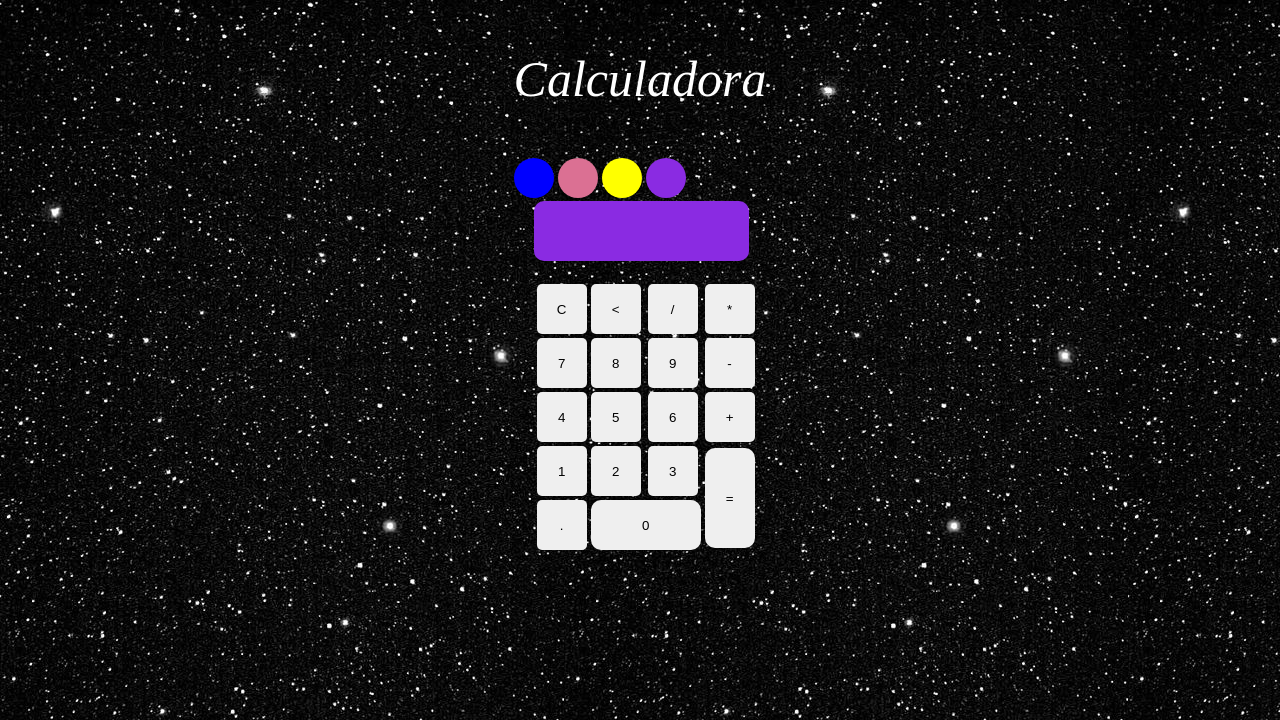
Repository: mariele-huff/calculadora
Page: index.html
These files come from the project's save history. The page is drawn as it stood at one moment and after the next save; the edit follows.
The browser window is 1280 px wide. The pictures show the whole page.

Above is the page before, as saved 2022-08-14 20:33:20.

After the next save:
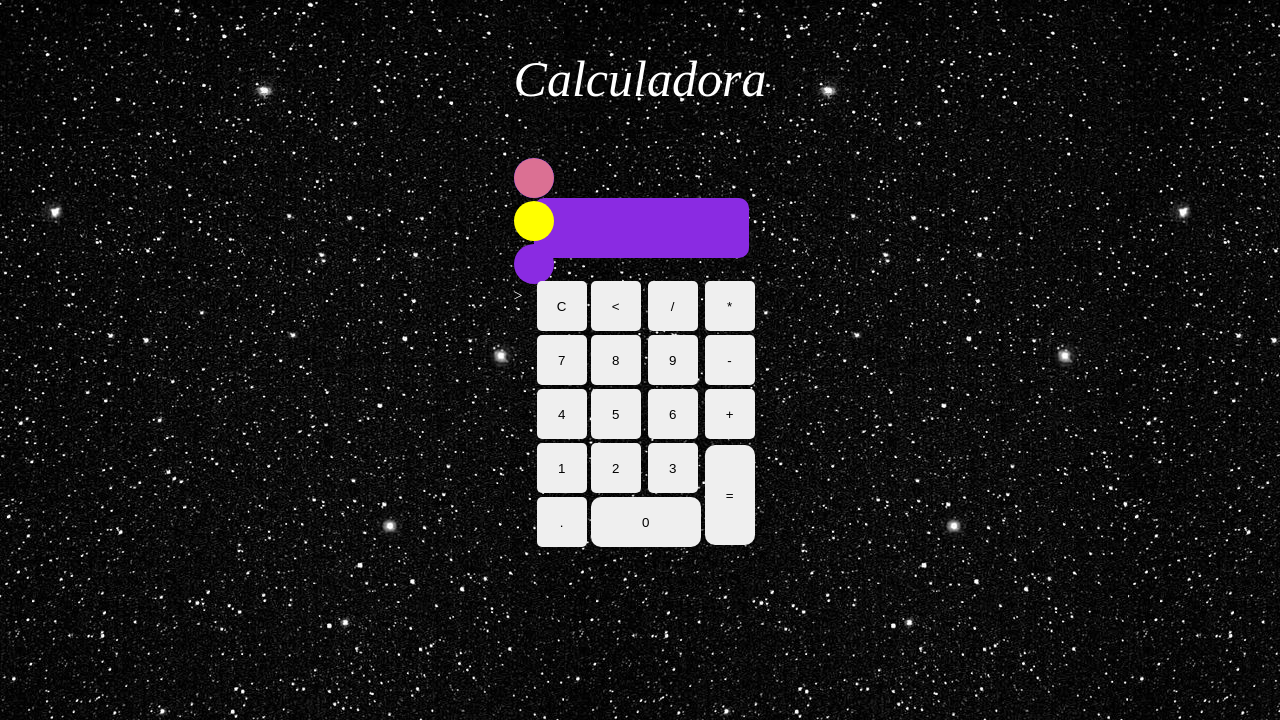
Saved 27 s later.
--- a/index.html
+++ b/index.html
@@ -17,10 +17,12 @@
     <div class="frase"></div>
     <div class="calculadora">
         <p class="titulo">Calculadora</p>
+        <div
         <button class="corAzul"onclick="mudaCor()"></button>
         <button class="corRosa"onclick="mudaCor()"></button>
         <button class="corAmarelo"onclick="mudaCor()"></button>
         <button class="corRoxo"onclick="mudaCor()"></button>
+        ></div>
         <div id="resultado">  </div>
         <table>
             <tr>
@@ -57,10 +59,6 @@
             </tr>
         </table>
     </div>
-    <div>
-
-
-    </div>
 
 </body>
 

After the save that followed:
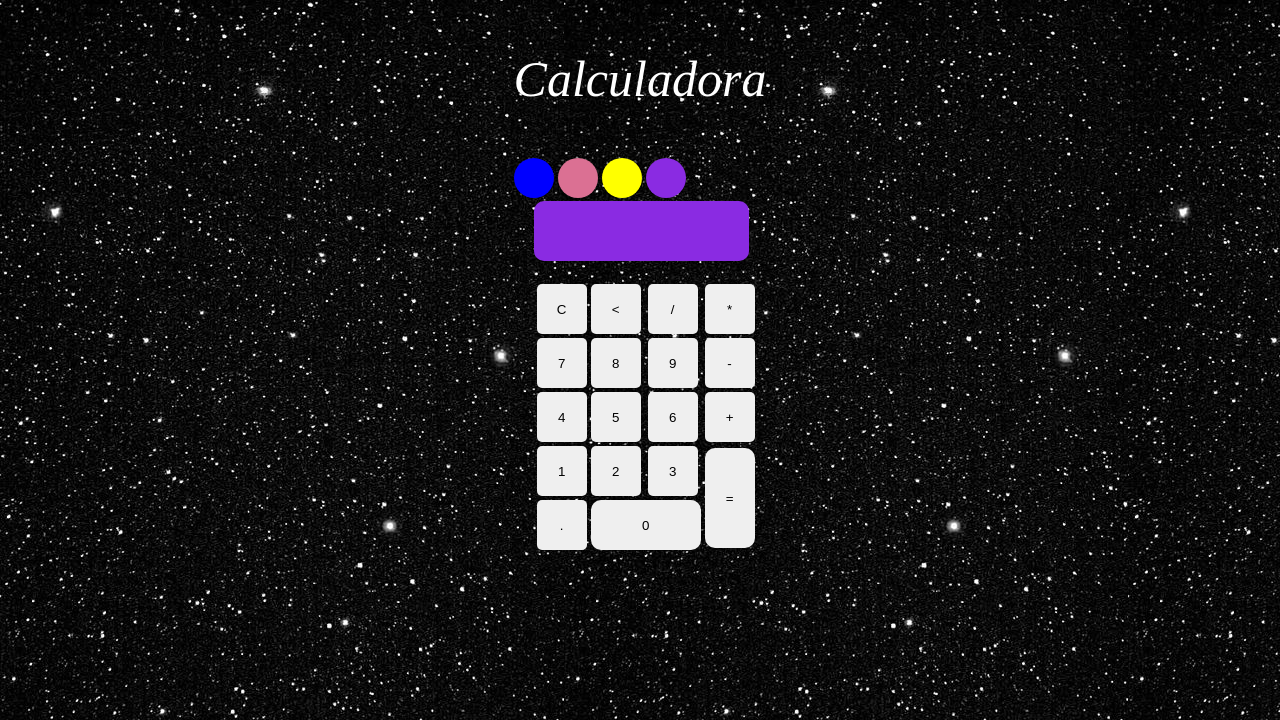
Saved 5 s later.
--- a/index.html
+++ b/index.html
@@ -17,12 +17,12 @@
     <div class="frase"></div>
     <div class="calculadora">
         <p class="titulo">Calculadora</p>
-        <div
+        <div>
         <button class="corAzul"onclick="mudaCor()"></button>
         <button class="corRosa"onclick="mudaCor()"></button>
         <button class="corAmarelo"onclick="mudaCor()"></button>
         <button class="corRoxo"onclick="mudaCor()"></button>
-        ></div>
+        </div>
         <div id="resultado">  </div>
         <table>
             <tr>
